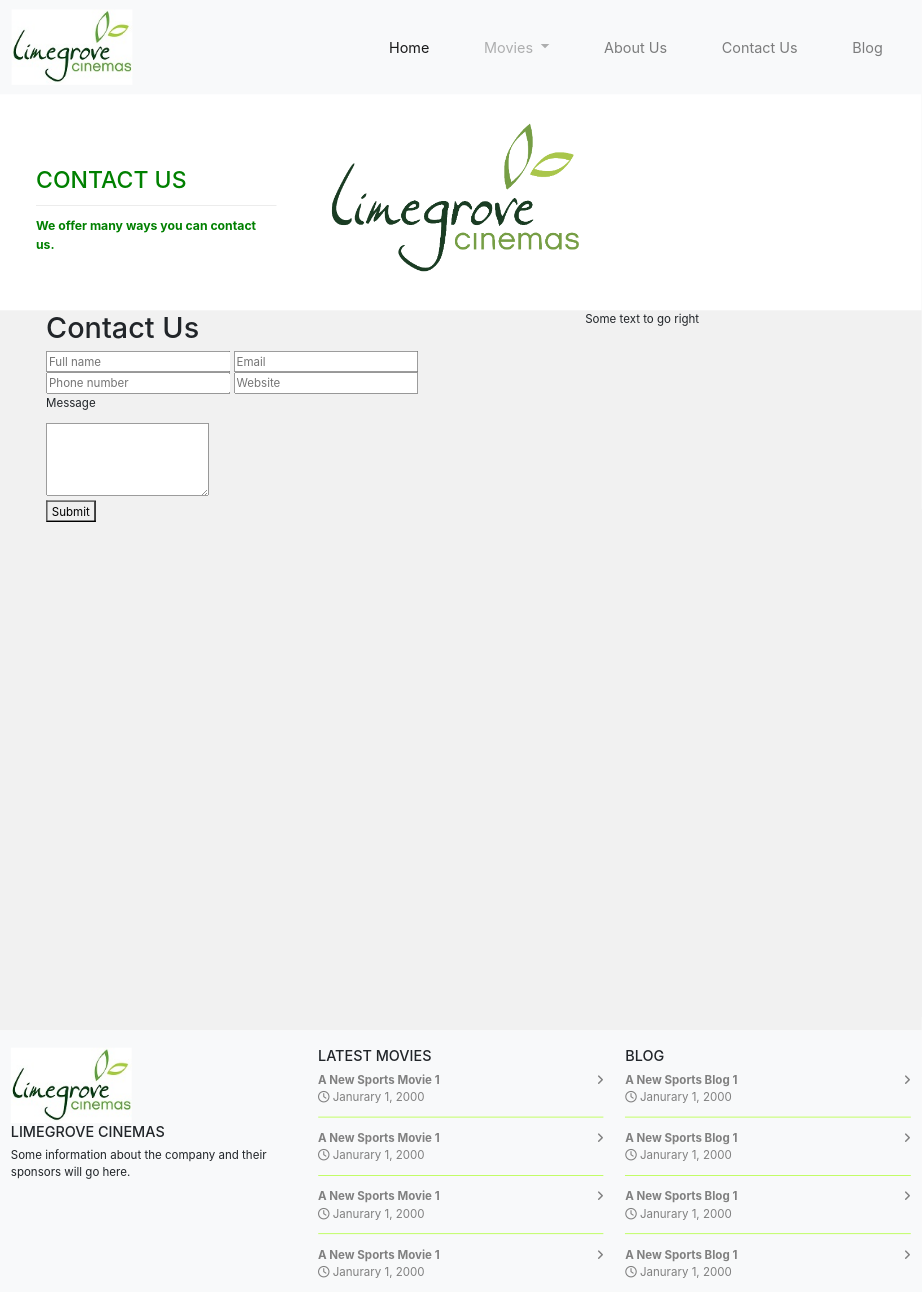
Repository: SimplyZacc/movie-web-template
Page: http://localhost/contactus.php
The author's editor kept a copy of each file at every save. The page is drawn from the files as they stood at one save, then again after the next save.
The browser window is 1280 px wide. The pictures show the whole page, at 72% of full size.
Some web libraries are served in a nearby version. The page is run by PHP 8.4 with error messages shown; the project is at /var/www/html/.

Above is the page before, as saved 2020-03-28 12:03:09.

### contactus.php
<?php
//set page vars
$title = "Contact Us";
//include page header
include "templates/header.php";
?>

<div class="contact-head">
    <div class="contact-head-body">
        <h2>CONTACT US</h2>
        <hr>
        <p>We offer many ways you can contact us.</p>
    </div>
</div>

<div class="contact-body">
    <div class="contact-body-sub">
        <div class="contact-right">
            Some text to go right
        </div>
        <div class="contact-left">
            <form action="/">
                <h1>Contact Us</h1>
                <div class="info">
                    <input class="fname" type="text" name="name" placeholder="Full name">
                    <input type="text" name="name" placeholder="Email">
                    <input type="text" name="name" placeholder="Phone number">
                    <input type="text" name="name" placeholder="Website">
                </div>
                <p>Message</p>
                <div>
                    <textarea rows="4"></textarea>
                </div>
                <button type="submit" href="/">Submit</button>
            </form>
        </div>
    </div>
</div>

<?php include "templates/footer.php"; ?>

### templates/header.php
<?php
session_start();
?>
<!DOCTYPE html>
<html lang="en">

<head>
    <meta charset="UTF-8">
    <meta name="viewport" content="width=device-width, initial-scale=1.0">

    <title>
        <?php
        $default_header = "Limegrove Cinemas";
        if (isset($title)) {
            echo "Limegrove Cinemas - " . $title;
        } else {
            echo $default_header;
        }
        ?>
    </title>

    <!-- CSS -->
    <link rel="stylesheet" href="https://stackpath.bootstrapcdn.com/bootstrap/4.4.1/css/bootstrap.min.css" integrity="sha384-Vkoo8x4CGsO3+Hhxv8T/Q5PaXtkKtu6ug5TOeNV6gBiFeWPGFN9MuhOf23Q9Ifjh" crossorigin="anonymous">
    <link rel="stylesheet" href="assets/css/styles.css">
    <link rel="stylesheet" href="movie-web-template/assets/css/styles.css">

    <!-- JavaScript -->
    <script src="https://code.jquery.com/jquery-3.4.1.slim.min.js" integrity="sha384-J6qa4849blE2+poT4WnyKhv5vZF5SrPo0iEjwBvKU7imGFAV0wwj1yYfoRSJoZ+n" crossorigin="anonymous"></script>
    <script src="https://cdn.jsdelivr.net/npm/popper.js@1.16.0/dist/umd/popper.min.js" integrity="sha384-Q6E9RHvbIyZFJoft+2mJbHaEWldlvI9IOYy5n3zV9zzTtmI3UksdQRVvoxMfooAo" crossorigin="anonymous"></script>
    <script src="https://stackpath.bootstrapcdn.com/bootstrap/4.4.1/js/bootstrap.min.js" integrity="sha384-wfSDF2E50Y2D1uUdj0O3uMBJnjuUD4Ih7YwaYd1iqfktj0Uod8GCExl3Og8ifwB6" crossorigin="anonymous"></script>
    <script src="https://kit.fontawesome.com/e9662c41f5.js" crossorigin="anonymous"></script>

</head>

<body>

    <nav class="navbar navbar-expand-lg navbar-light bg-light">


        <div class="collapse navbar-collapse" id="navbarSupportedContent">
            <ul class="navbar-nav mr-auto">
                <a class="navbar-brand" href="#"><img src="assets/images/logo.jpg" alt="Cinema Logo"></a>
                <button class="navbar-toggler" type="button" data-toggle="collapse" data-target="#navbarSupportedContent" aria-controls="navbarSupportedContent" aria-expanded="false" aria-label="Toggle navigation">
                    <span class="navbar-toggler-icon"></span>
                </button>
            </ul>

            <ul class="navbar-nav navbar-right">

                <li class="nav-item active p-r-10">
                    <a class="nav-link" href="#">Home <span class="sr-only">(current)</span></a>
                </li>
                <li class="nav-item dropdown p-r-10">
                    <a class="nav-link dropdown-toggle disabled" href="#" id="navbarDropdown" role="button" data-toggle="dropdown" aria-haspopup="true" aria-expanded="false">
                        Movies
                    </a>
                    <div class="dropdown-menu" aria-labelledby="navbarDropdown">
                        <a class="dropdown-item" href="#">Recently Added</a>
                        <a class="dropdown-item" href="#">Popular</a>
                        <a class="dropdown-item" href="#">Soon Added</a>
                    </div>
                </li>

                <li class="nav-item ">
                    <a class="nav-link" href="aboutus.php">About Us</a>
                </li>

                <li class="nav-item p-r-10">
                    <a class="nav-link" href="contactus.php">Contact Us</a>
                </li>

                <li class="nav-item p-r-10">
                    <a class="nav-link" href="blog.php">Blog</a>
                </li>
            </ul>

        </div>
    </nav>

### templates/footer.php
<footer class="page-footer font-small pt-4 bg-light">

    <div class="container-fluid text-center text-md-left">

        <div class="row">

            <div class="col-md-4 mt-md-0 mt-3">

                <img src="assets/images/logo.jpg" alt="">
                <h5 class="text-uppercase">Limegrove Cinemas</h5>
                <p style="height: 100px">Some information about the company and their sponsors will go here.</p>

            </div>

            <hr class="clearfix w-100 d-md-none pb-3">

            <div class="col-md-4 mb-md-0 mb-3">

                <h5 class="text-uppercase bold">Latest Movies</h5>

                <ul class="list-unstyled grey">
                    <li>
                        <a href="#" class="footer-link">A New Sports Movie 1 <span style="float: right"><i class="fas fa-angle-right"></i></span></a>
                        <br>
                        <p><i class="far fa-clock"></i> Janurary 1, 2000</p>
                    </li>
                    <hr style="border-color: greenyellow;">
                    <li>
                        <a href="#" class="footer-link">A New Sports Movie 1 <span style="float: right"><i class="fas fa-angle-right"></i></span></a>
                        <br>
                        <p><i class="far fa-clock"></i> Janurary 1, 2000</p>
                    </li>
                    <hr style="border-color: greenyellow;">
                    <li>
                        <a href="#" class="footer-link">A New Sports Movie 1 <span style="float: right"><i class="fas fa-angle-right"></i></span></a>
                        <br>
                        <p><i class="far fa-clock"></i> Janurary 1, 2000</p>
                    </li>
                    <hr style="border-color: greenyellow;">
                    <li>
                        <a href="#" class="footer-link">A New Sports Movie 1 <span style="float: right"><i class="fas fa-angle-right"></i></span></a>
                        <br>
                        <p><i class="far fa-clock"></i> Janurary 1, 2000</p>
                    </li>
                </ul>

            </div>

            <hr class="clearfix w-100 d-md-none pb-3">

            <div class="col-md-4 mb-md-0 mb-3">

                <h5 class="text-uppercase bold">Blog</h5>

                <ul class="list-unstyled grey">
                    <li>
                        <a href="#" class="footer-link">A New Sports Blog 1 <span style="float: right"><i class="fas fa-angle-right"></i></span></a>
                        <br>
                        <p><i class="far fa-clock"></i> Janurary 1, 2000</p>
                    </li>
                    <hr style="border-color: greenyellow;">
                    <li>
                        <a href="#" class="footer-link">A New Sports Blog 1 <span style="float: right"><i class="fas fa-angle-right"></i></span></a>
                        <br>
                        <p><i class="far fa-clock"></i> Janurary 1, 2000</p>
                    </li>
                    <hr style="border-color: greenyellow;">
                    <li>
                        <a href="#" class="footer-link">A New Sports Blog 1 <span style="float: right"><i class="fas fa-angle-right"></i></span></a>
                        <br>
                        <p><i class="far fa-clock"></i> Janurary 1, 2000</p>
                    </li>
                    <hr style="border-color: greenyellow;">
                    <li>
                        <a href="#" class="footer-link">A New Sports Blog 1 <span style="float: right"><i class="fas fa-angle-right"></i></span></a>
                        <br>
                        <p><i class="far fa-clock"></i> Janurary 1, 2000</p>
                    </li>
                </ul>

            </div>

        </div>

    </div>

</footer>

</body>
</html>

### assets/css/styles.css
.hr{
    border-color: whitesmoke;
}

.grey{
    color: grey;
}

.footer-link{
    font-weight: bold;
    text-decoration: none;
    color: grey;
}

.footer-link:hover{
    text-decoration: none;
    color: #13df13;
    transition-duration: 0.5s;
}

.navbar-nav > li{
    padding-left:30px;
    padding-right:30px;
    font-size: 20px;
}

/****************************************** Contact Us Page ******************************************/

.contact-head{
    height: 300px;
    width: 100%;
    background-image: url('/assets/images/lgcgreenlogo.png');
    background-position-x: center;
    background-repeat: no-repeat;
    background-size: contain;
}

.contact-head-body{
    font-weight: bold;
    font-size: 17px;
    color: green;
    width: 30%;
    padding-left: 50px;
    padding-top: 100px;
}

.contact-body{
    height: 1000px;
    background-color: rgb(241, 241, 241);
}

.contact-body-sub{
    width: 90%;
    margin-left: auto;
    margin-right: auto;
}

.contact-right{
    float: right;
    width: 35%;
}

.contact-left{
    float: left;
    width: 65%;
}

After the next save:
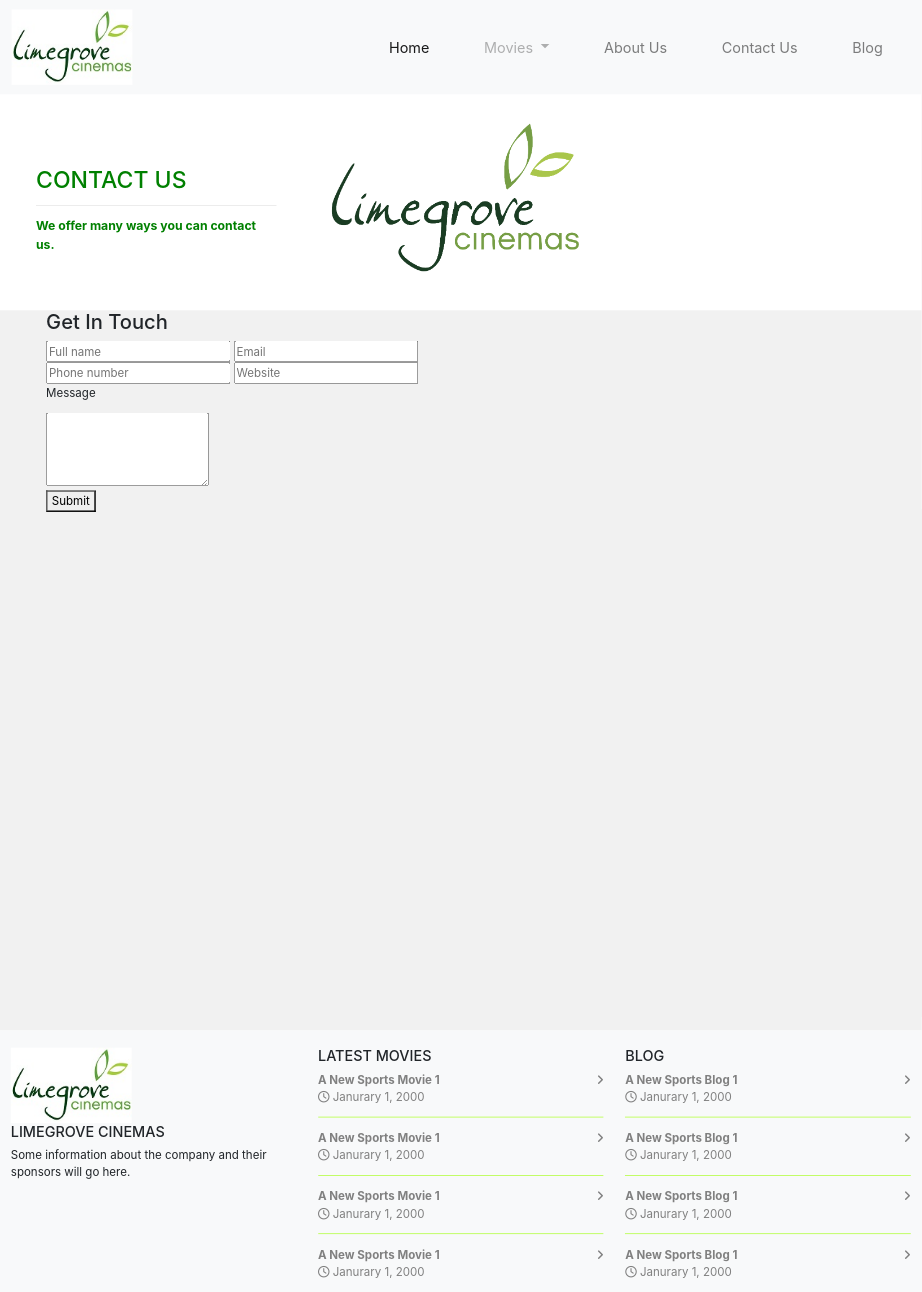
Saved 16 s later.
--- a/contactus.php
+++ b/contactus.php
@@ -16,11 +16,10 @@ include "templates/header.php";
 <div class="contact-body">
     <div class="contact-body-sub">
         <div class="contact-right">
-            Some text to go right
         </div>
         <div class="contact-left">
             <form action="/">
-                <h1>Contact Us</h1>
+                <h3>Get In Touch</h3>
                 <div class="info">
                     <input class="fname" type="text" name="name" placeholder="Full name">
                     <input type="text" name="name" placeholder="Email">
